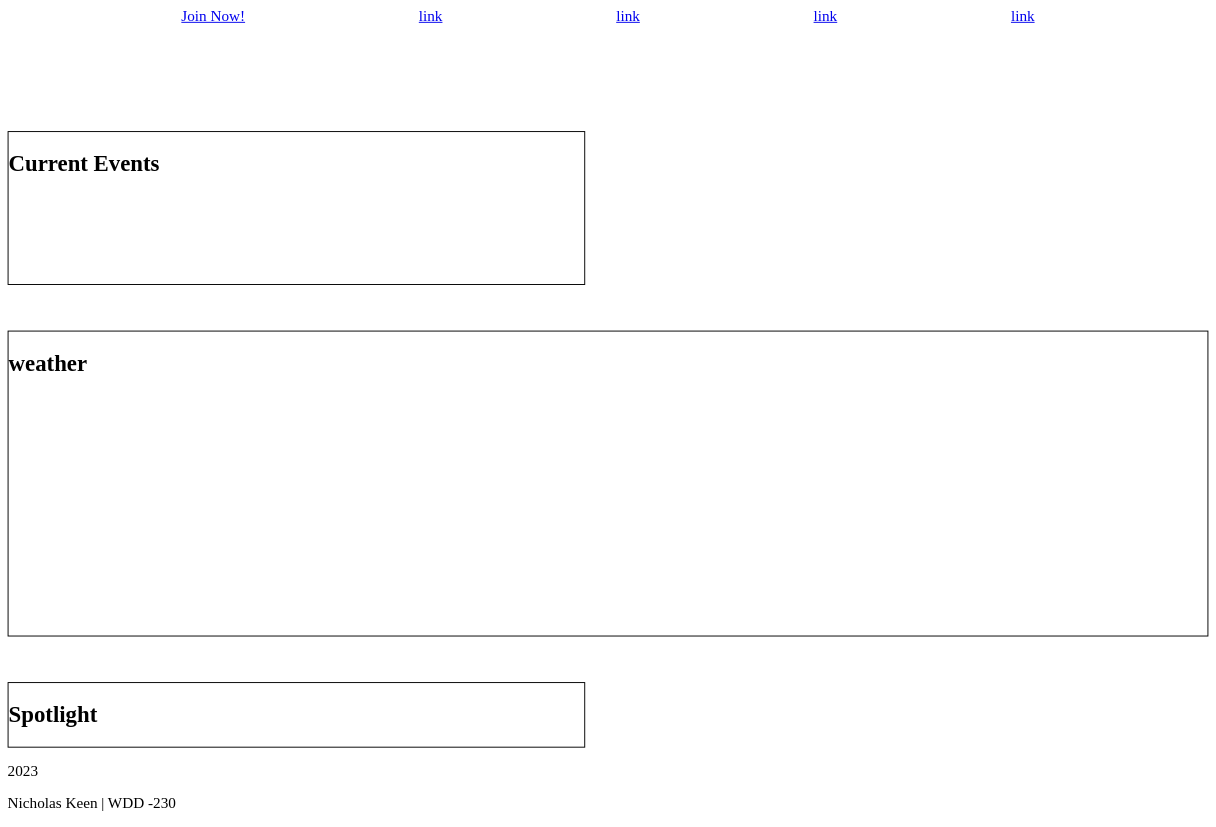
Repository: nak97/WDD230
Page: lesson03/chamber.html
The author's editor kept a copy of each file at every save. The page is drawn from the files as they stood at one save, then again after the next save.
The browser window is 1280 px wide. The pictures show the whole page, at 95% of full size.
Some web fonts or font styles are not loaded; a fallback is used.

Above is the page before, as saved 2023-10-07 19:56:26.

### lesson03/chamber.html
<!DOCTYPE html>
<html lang="en">
<head>
  <meta charset="UTF-8">
  <meta name="viewport" content="width=device-width, initial-scale=1.0">
  <meta name="description" content="WDD 230 - Nicholas Keen  - Web Frontend Development chamber-site-plan">
  <meta name="author" content="Nicholas Keen">
  <meta property="og:title" content="facebook"/>
  <meta property="og:type" content="website" />
  <meta property="og:url" content="facebook.com" />
  <meta property="og:image" content="images/facebook-meta-tag-pic.png" />
  <title>Chamber site plan</title>
  <link rel="stylesheet" href="/lesson03/styles/medium.css">
  <link rel="stylesheet" href="/lesson03/styles/large.css">
  <link rel="stylesheet" href="/lesson03/base.css">
  <link rel="preconnect" href="https://fonts.googleapis.com">
  <link rel="preconnect" href="https://fonts.gstatic.com" crossorigin>
  <link href="https://fonts.googleapis.com/css2?family=Gajraj+One&family=Montserrat:wght@700&family=Young+Serif&display=swap" rel="stylesheet">
  <title>Chamber</title>
</head>
<body>
  <header>

  </header>
  <nav class="navigation" >
    <a href="#">Join Now!</a>
    <a href="#">link</a>
    <a href="#">link</a>
    <a href="#">link</a>
    <a href="#">link</a>
  </nav>

  <main>
<!-- <img src="https://imgs.search.brave.com/JFc6OAb8GeWjekpeVgYFRLz9ljMKk6hGTTPaqdilQQg/rs:fit:500:0:0/g:ce/aHR0cHM6Ly90NC5m/dGNkbi5uZXQvanBn/LzAzLzI4LzMzLzIz/LzM2MF9GXzMyODMz/MjM5NV82THd3Z0Rr/eDdqTlU4MVBDYW9k/UUtwVGZENjVUSjJ6/Ry5qcGc" alt=""> -->

<section class="current-events">
<h1>Current Events </h1>

</section>


<section class="weather">
<h1>weather</h1>

</section>




<section class="spotlights">
<h1>Spotlight</h1>

</section>
  </main>

  <footer>
  <p> <i class="fa-sharp fa-light fa-copyright"></i>2023 </p>
  <p> Nicholas Keen |  WDD -230 <br> </p>
  <p id="lastModified"></p>
  </footer>

</body>
</html>

### lesson03/base.css
 /* body{
  background-image: url(https://imgs.search.brave.com/JFc6OAb8GeWjekpeVgYFRLz9ljMKk6hGTTPaqdilQQg/rs:fit:500:0:0/g:ce/aHR0cHM6Ly90NC5m/dGNkbi5uZXQvanBn/LzAzLzI4LzMzLzIz/LzM2MF9GXzMyODMz/MjM5NV82THd3Z0Rr/eDdqTlU4MVBDYW9k/UUtwVGZENjVUSjJ6/Ry5qcGc);
  background-repeat: no-repeat;
}  */

nav{
  display: flex;
  justify-content: space-evenly;
}
main {
  display: grid;
  grid-template-columns: 1fr 1fr;
  grid-gap: 3rem;
  margin-top: 7rem;
}
section {
  border: 1px solid black;
}

.current-events{
  height: 10rem;
}

.weather  {
  grid-column: 1/3;
  height: 20rem;
}

.spotlight {
  grid-column: 2;
  grid-row: 1;
  height: 10rem;
}

Loaded but not shown: lesson03/styles/medium.css (no stored copy; drawn as an empty file); lesson03/styles/large.css (no stored copy; drawn as an empty file)

After the next save:
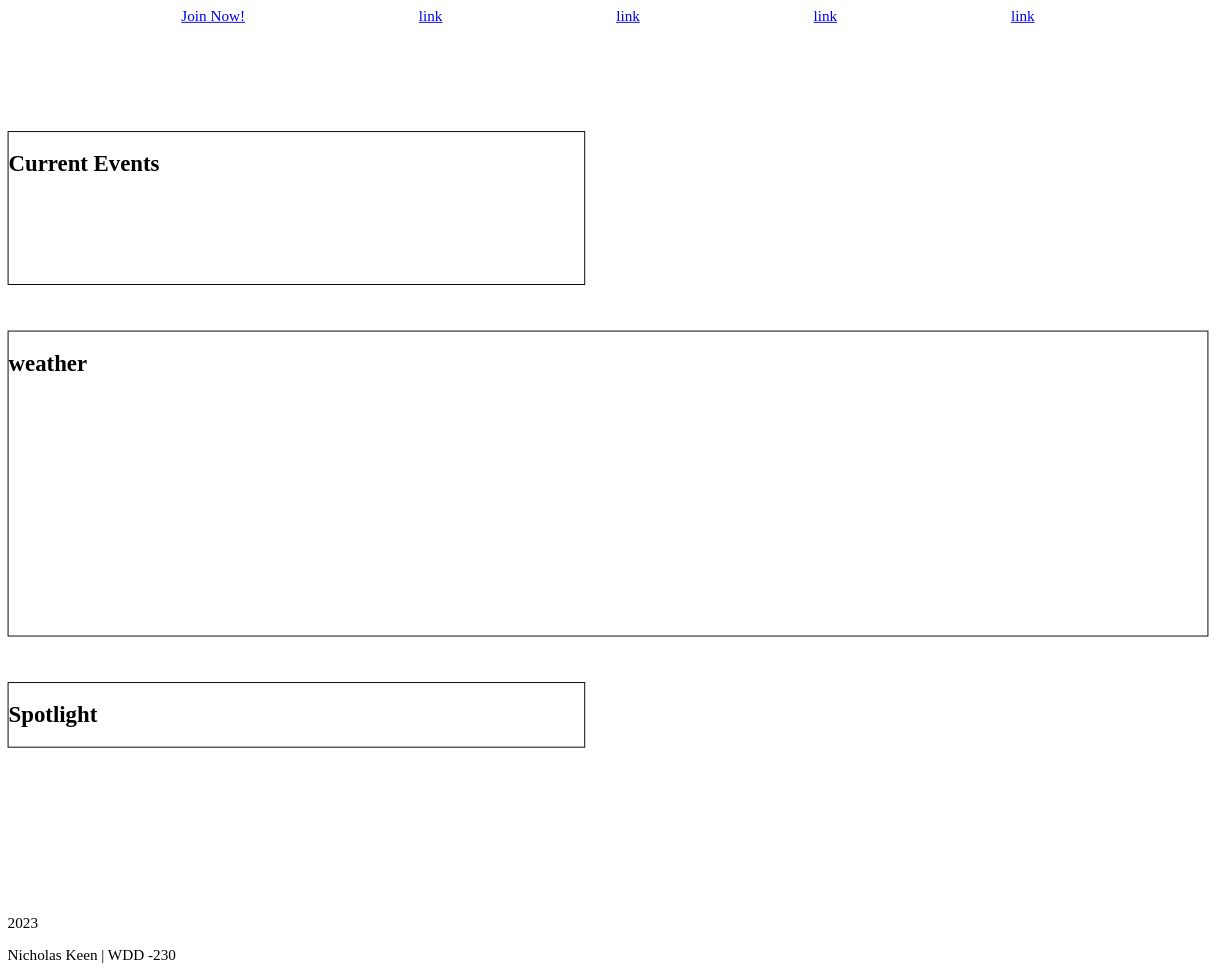
Saved 48 s later.
--- a/lesson03/base.css
+++ b/lesson03/base.css
@@ -31,3 +31,6 @@ section {
   grid-row: 1;
   height: 10rem;
 }
+footer{
+  margin-top:11rem ;
+}
